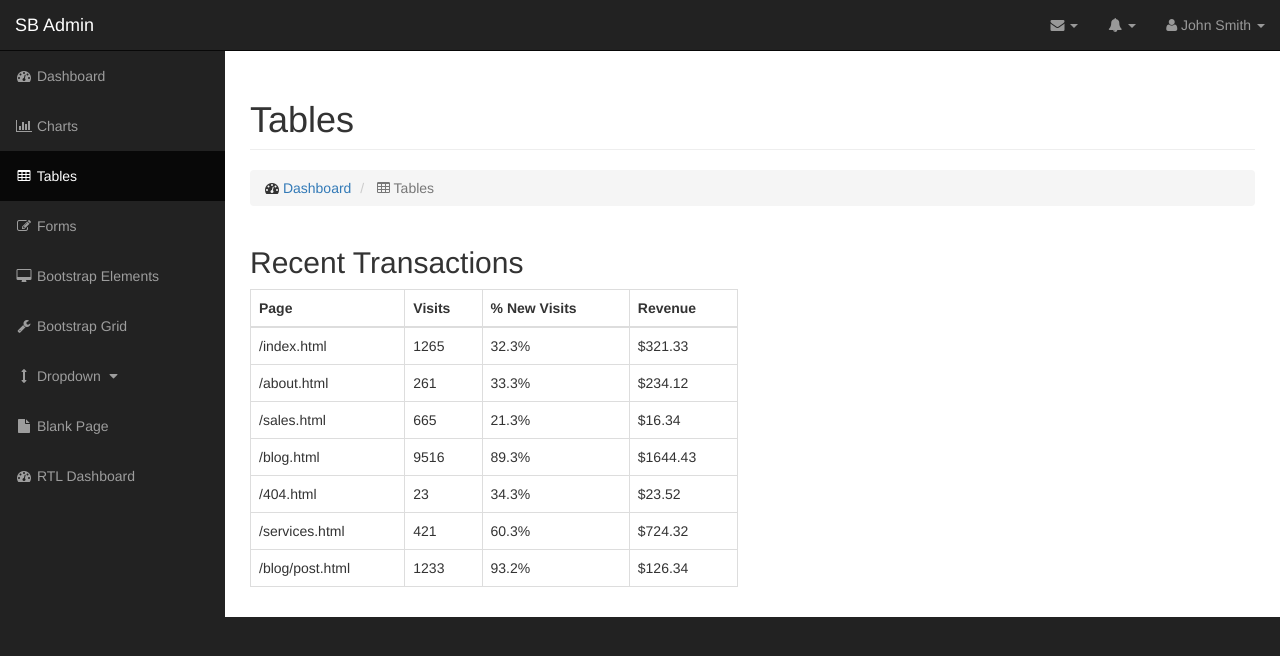
Repository: proterp/ssnatarajn98.github.io
Page: startbootstrap-sb-admin-gh-pages/startbootstrap-sb-admin-gh-pages/tables.html
The author's editor kept a record of every edit. The page is drawn from the files as they stood at one moment, then again after the next edit.
The browser window is 1280 px wide. The pictures show the whole page.

Above is the page before.

After the next edit:
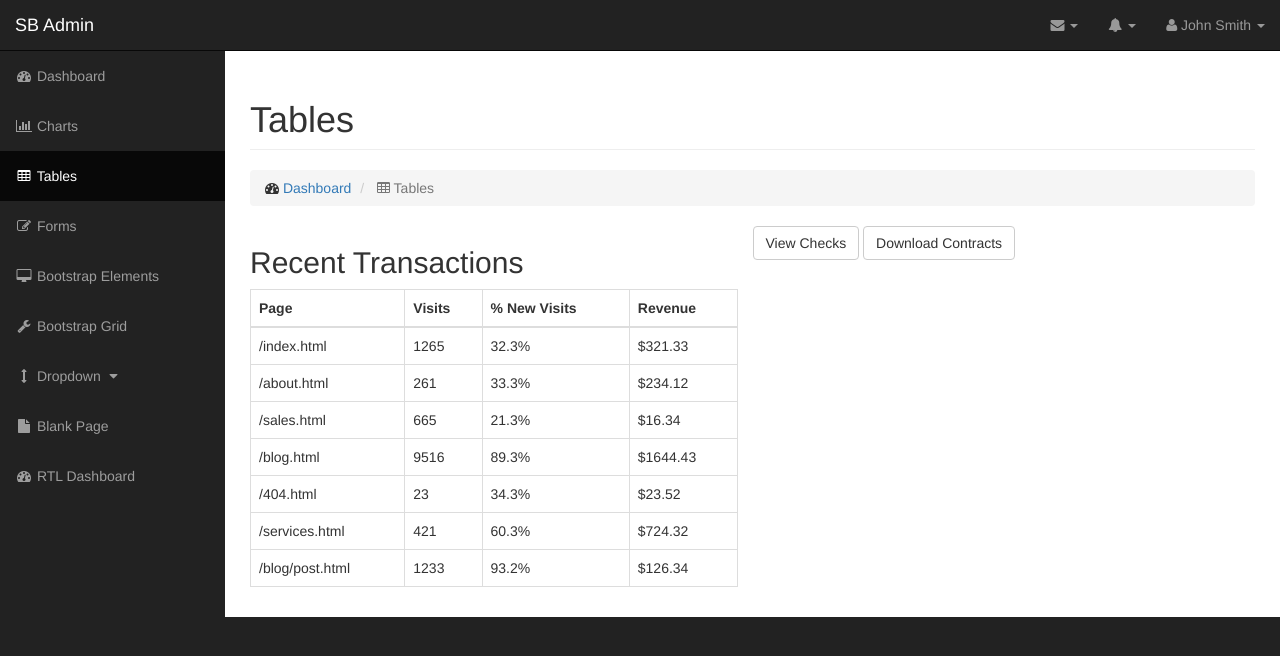
The edit:
--- a/startbootstrap-sb-admin-gh-pages/startbootstrap-sb-admin-gh-pages/tables.html
+++ b/startbootstrap-sb-admin-gh-pages/startbootstrap-sb-admin-gh-pages/tables.html
@@ -271,7 +271,8 @@
                             </table>
                         </div>
                     </div>
-
+                    <button type="submit" class="btn btn-default">View Checks</button>
+                    <button type="submit" class="btn btn-default">Download Contracts</button>
                                 </tbody>
                             </table>
                         </div>
